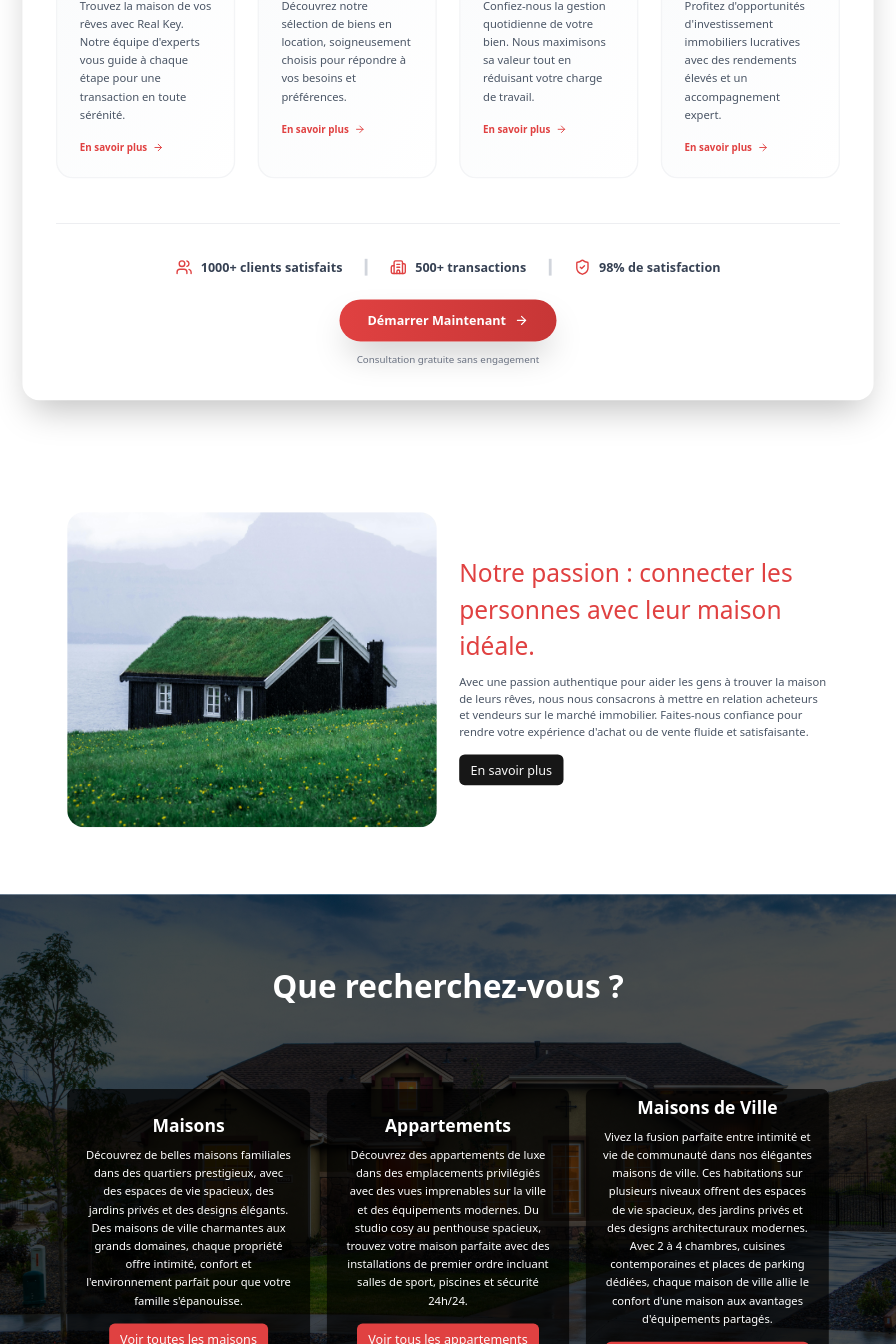
Repository: lamatmed/Real-Key
Page: /
The author's editor kept a copy of each file at every save. The page is drawn from the files as they stood at one save, then again after the next save.
The browser window is 1280 px wide. The pictures show the part of the page from y = 3044 to 4964 px (the page is 5439 px tall), at 70% of full size.
The page's requests for data from a server got no answer. The project was rebuilt for these pictures with package versions that can differ from the ones it lists, and the page was loaded fresh each time. Some packages were replaced by stand-ins written for this rebuild. The framework's server and built-in components were replaced by stand-ins that run in the browser. No one was signed in, and anything a server would have sent is missing. Also part of the build but not shown: next.config.ts, app/_components/PropertyCard.tsx.

Above is the page before, as saved 2025-09-28 16:54:09.

After the next save:
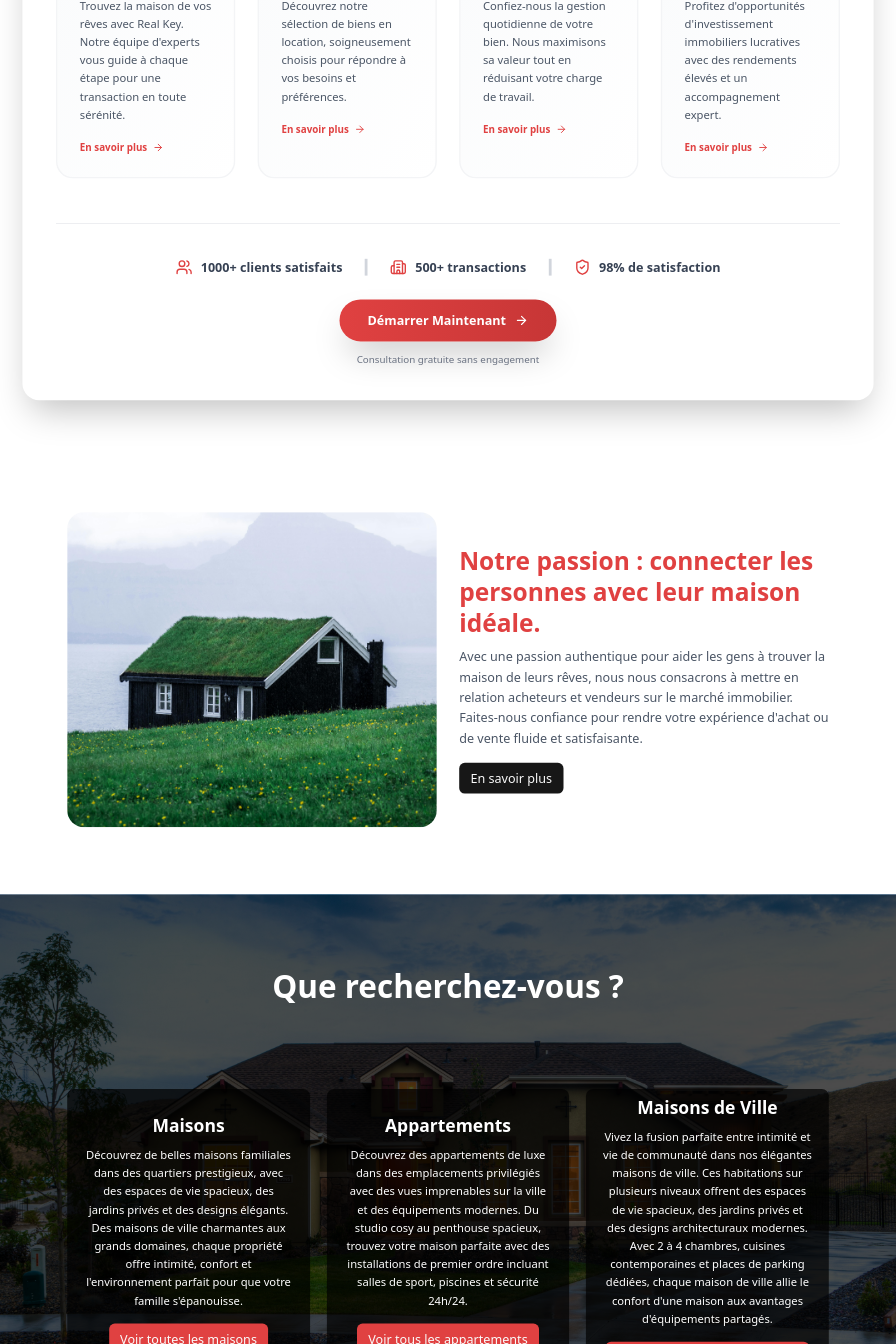
Saved 2 min 31 s later.
--- a/app/_components/ConnectingPeople.tsx
+++ b/app/_components/ConnectingPeople.tsx
@@ -4,16 +4,25 @@ import React from 'react'
 
 function ConnectingPeople() {
   return (
-    <div className='p-24 items-center grid grid-cols-1 lg:grid-cols-2 gap-8'>
+    <div className='p-6 md:p-12 lg:p-24 items-center grid grid-cols-1 lg:grid-cols-2 gap-6 lg:gap-8'>
 
-        <Image  className='rounded-3xl w-full h-[450px] object-cover' width={800} height={800} alt='image' src="/house.jpg"/>
+        <Image
+          className='rounded-3xl w-full h-[300px] md:h-[400px] lg:h-[450px] object-cover'
+          width={800}
+          height={800}
+          alt='image'
+          src="/house.jpg"
+        />
 
-        <div>
-   <h1 className='text-[35px] text-[#e04141]'>Notre passion : connecter les personnes avec leur maison idéale.</h1>
-   <p className='text-gray-600 mt-3'>Avec une passion authentique pour aider les gens à trouver la maison de leurs rêves, nous nous consacrons à mettre en relation acheteurs et vendeurs sur le marché immobilier. Faites-nous confiance pour rendre votre expérience d'achat ou de vente fluide et satisfaisante.</p>
+        <div className='text-center lg:text-left'>
+          <h1 className='text-2xl md:text-3xl lg:text-[35px] text-[#e04141] font-bold leading-tight'>
+            Notre passion : connecter les personnes avec leur maison idéale.
+          </h1>
+          <p className='text-gray-600 mt-3 text-sm md:text-base lg:text-lg leading-relaxed'>
+            Avec une passion authentique pour aider les gens à trouver la maison de leurs rêves, nous nous consacrons à mettre en relation acheteurs et vendeurs sur le marché immobilier. Faites-nous confiance pour rendre votre expérience d'achat ou de vente fluide et satisfaisante.
+          </p>
 
-   <Button className='mt-5'>En savoir plus</Button>
-
+          <Button className='mt-5 w-full lg:w-auto'>En savoir plus</Button>
         </div>
     </div>
   )
